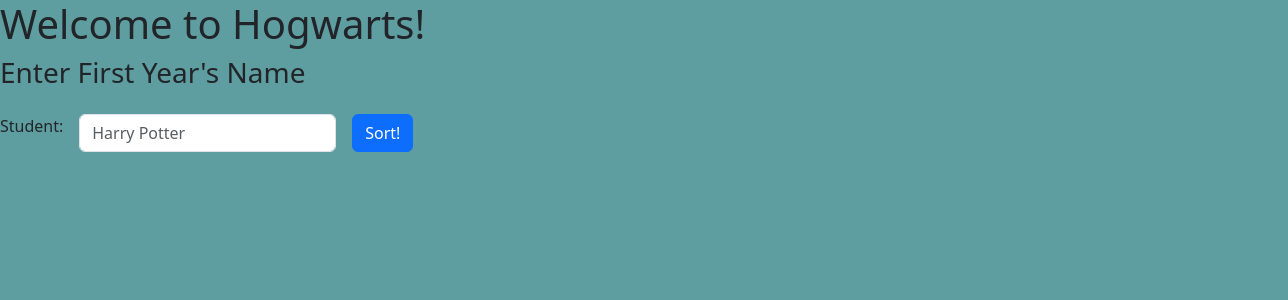
Repository: noahcallen/INDIVIDUAL-PROJECT-sorting-hat
Page: index.html
These files come from the project's save history. The page is drawn as it stood at one moment and after the next save; the edit follows.
The browser window is 1280 px wide. The page is 1288 px wide, so the pictures cover 1288 px, including what lies to the right of the window. The pictures show the whole page.

Above is the page before, as saved 2024-07-27 11:03:17.

### index.html
<!DOCTYPE html>
<html lang="en">
<head>
  <meta charset="UTF-8">
  <meta name="viewport" content="width=device-width, initial-scale=1.0">
  <title>Sorting Hat</title>
  <link href="https://cdn.jsdelivr.net/npm/bootstrap@5.3.3/dist/css/bootstrap.min.css" rel="stylesheet" integrity="sha384-QWTKZyjpPEjISv5WaRU9OFeRpok6YctnYmDr5pNlyT2bRjXh0JMhjY6hW+ALEwIH" crossorigin="anonymous">
  <link href="main.css" rel="stylesheet">
</head>
<body>
<h1>Welcome to Hogwarts!</h1>

  <form class="row g-3">
    <h3>Enter First Year's Name</h3>
    <div class="col-auto">
      <p>Student:</p>
    </div>
    <div class="col-auto">
      <label for="inputPassword2" class="visually-hidden">Student Name</label>
      <input type="password" class="form-control" id="inputPassword2" placeholder="Harry Potter">
    </div>
    <div class="col-auto">
      <button type="submit" class="btn btn-primary mb-3">Sort!</button>
    </div>
  </form>



  <script src="https://cdn.jsdelivr.net/npm/bootstrap@5.3.3/dist/js/bootstrap.bundle.min.js" integrity="sha384-YvpcrYf0tY3lHB60NNkmXc5s9fDVZLESaAA55NDzOxhy9GkcIdslK1eN7N6jIeHz" crossorigin="anonymous"></script>
  <script src="main.js"></script>
</body>
</html>

### main.css
body {
  background-color: cadetblue !important;
}

Loaded but not shown: main.js (no copy from this time; the picture is the same without it)

After the next save:
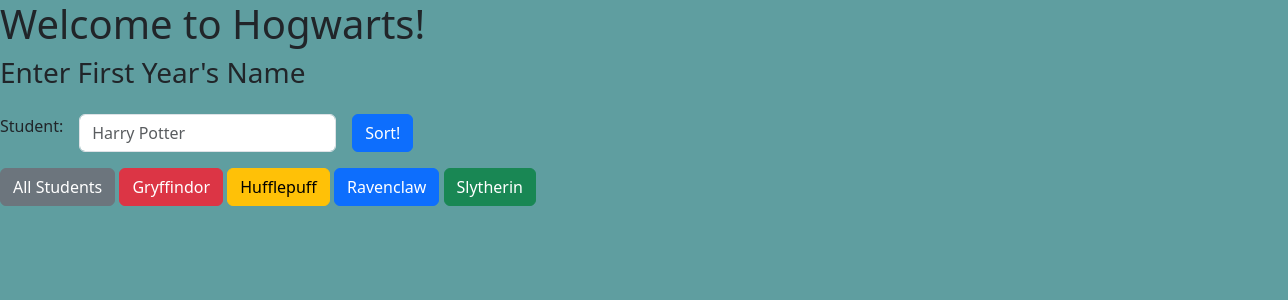
Saved 8 min 24 s later.
--- a/index.html
+++ b/index.html
@@ -8,23 +8,30 @@
   <link href="main.css" rel="stylesheet">
 </head>
 <body>
-<h1>Welcome to Hogwarts!</h1>
+  <h1 class="welcome">Welcome to Hogwarts!</h1>
+  <div class="form-sort">
+    <form class="row g-3">
+      <h3 id="enter-name">Enter First Year's Name</h3>
+      <div class="col-auto">
+        <p id="student-form-prompt">Student:</p>
+      </div>
+      <div class="col-auto">
+        <label for="student-input" class="visually-hidden">Student Name</label>
+        <input type="name" class="form-control" id="student-name" placeholder="Harry Potter">
+      </div>
+      <div class="col-auto">
+        <button type="submit" class="btn btn-primary mb-3">Sort!</button>
+      </div>
+    </form>
+  </div>
 
-  <form class="row g-3">
-    <h3>Enter First Year's Name</h3>
-    <div class="col-auto">
-      <p>Student:</p>
-    </div>
-    <div class="col-auto">
-      <label for="inputPassword2" class="visually-hidden">Student Name</label>
-      <input type="password" class="form-control" id="inputPassword2" placeholder="Harry Potter">
-    </div>
-    <div class="col-auto">
-      <button type="submit" class="btn btn-primary mb-3">Sort!</button>
-    </div>
-  </form>
-
-
+  <div class="sort-btn">
+    <button class="btn btn-secondary" id="show-btn">All Students</button>
+    <button class="btn btn-danger" id="gryf">Gryffindor</button>
+    <button class="btn btn-warning" id="huff">Hufflepuff</button>
+    <button class="btn btn-primary" id="rave">Ravenclaw</button>
+    <button class="btn btn-success" id="slyth">Slytherin</button>
+  </div>
 
   <script src="https://cdn.jsdelivr.net/npm/bootstrap@5.3.3/dist/js/bootstrap.bundle.min.js" integrity="sha384-YvpcrYf0tY3lHB60NNkmXc5s9fDVZLESaAA55NDzOxhy9GkcIdslK1eN7N6jIeHz" crossorigin="anonymous"></script>
   <script src="main.js"></script>
